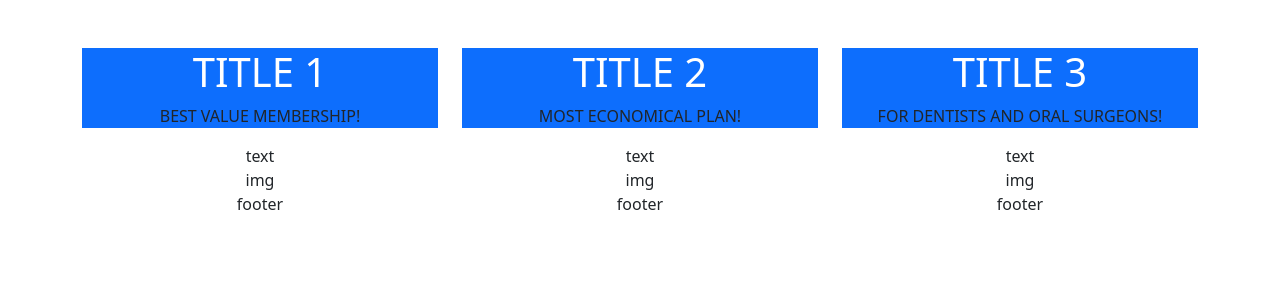
Repository: jorgi710/Prueba-Bootstrap
Page: /
An editor plug-in stored every save of this project. The page is shown before and after the next save, followed by the edit.
The browser window is 1280 px wide. The pictures show the whole page.
The project was rebuilt for these pictures with package versions that can differ from the ones it lists, and the page was loaded fresh each time. Also part of the build but not shown: src/App.css.

Above is the page before, as saved 2021-03-30 10:29:05.

After the next save:
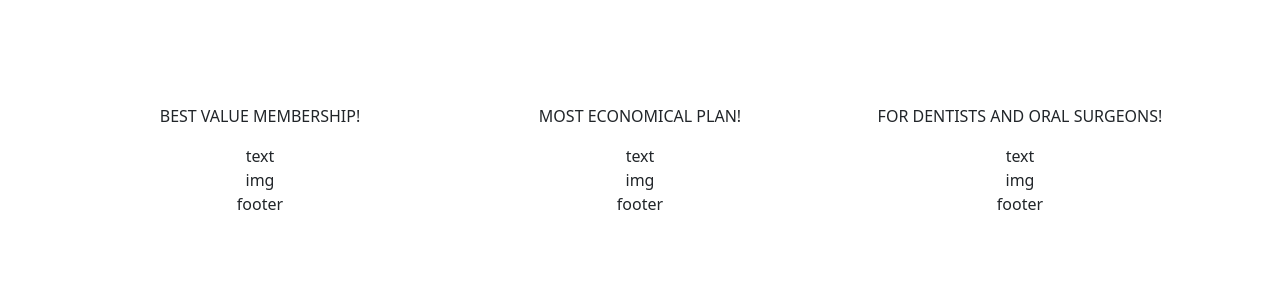
Saved 67 s later.
--- a/src/components/Header.jsx
+++ b/src/components/Header.jsx
@@ -3,7 +3,7 @@
 const Header = ({title_header, parrafo_header}) => {
     return (
         <>
-            <div className="bg-primary">
+            <div className="bg-blue-800">
                 <h1 className="text-white">{title_header}</h1>
                 <p>{parrafo_header}</p>
             </div>

After the save that followed:
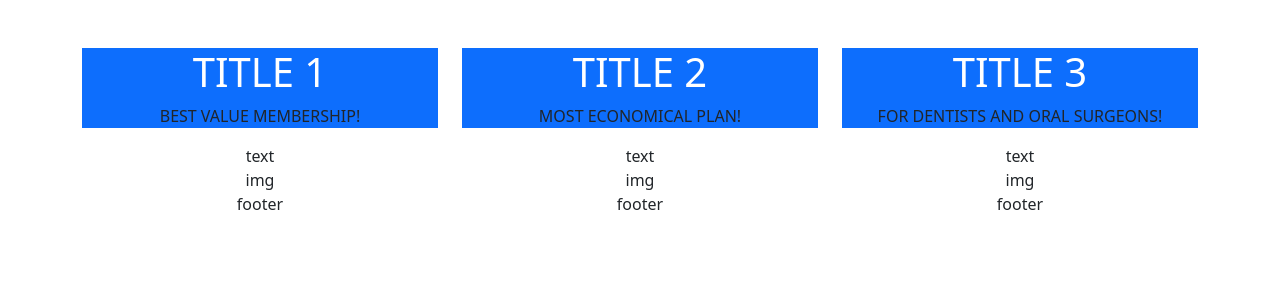
Saved 42 s later.
--- a/src/components/Header.jsx
+++ b/src/components/Header.jsx
@@ -3,7 +3,7 @@
 const Header = ({title_header, parrafo_header}) => {
     return (
         <>
-            <div className="bg-blue-800">
+            <div className="bg-primary">
                 <h1 className="text-white">{title_header}</h1>
                 <p>{parrafo_header}</p>
             </div>
